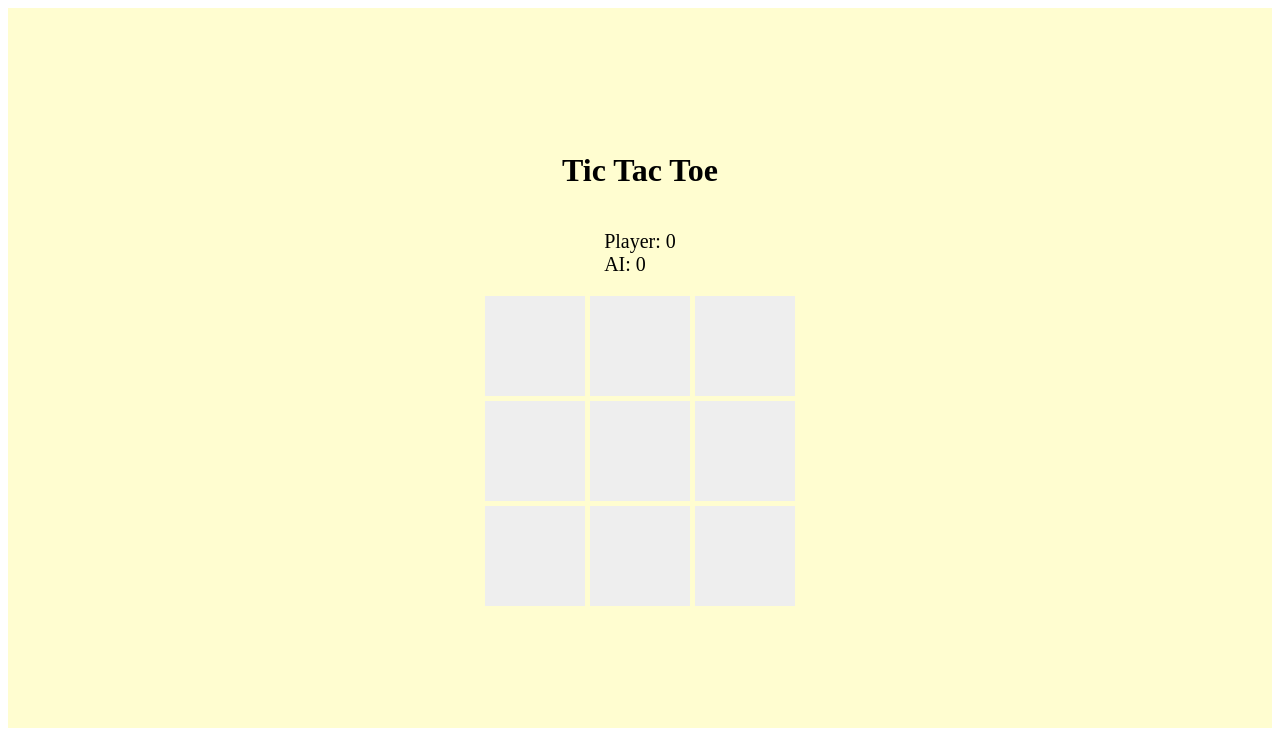
Repository: sidv121415/tic-tac-toe
Page: game.html
The author's editor kept a copy of each file at every save. The page is drawn from the files as they stood at one save, then again after the next save.
The browser window is 1280 px wide. The pictures show the whole page.

Above is the page before, as saved 2024-10-21 22:18:00.

After the next save:
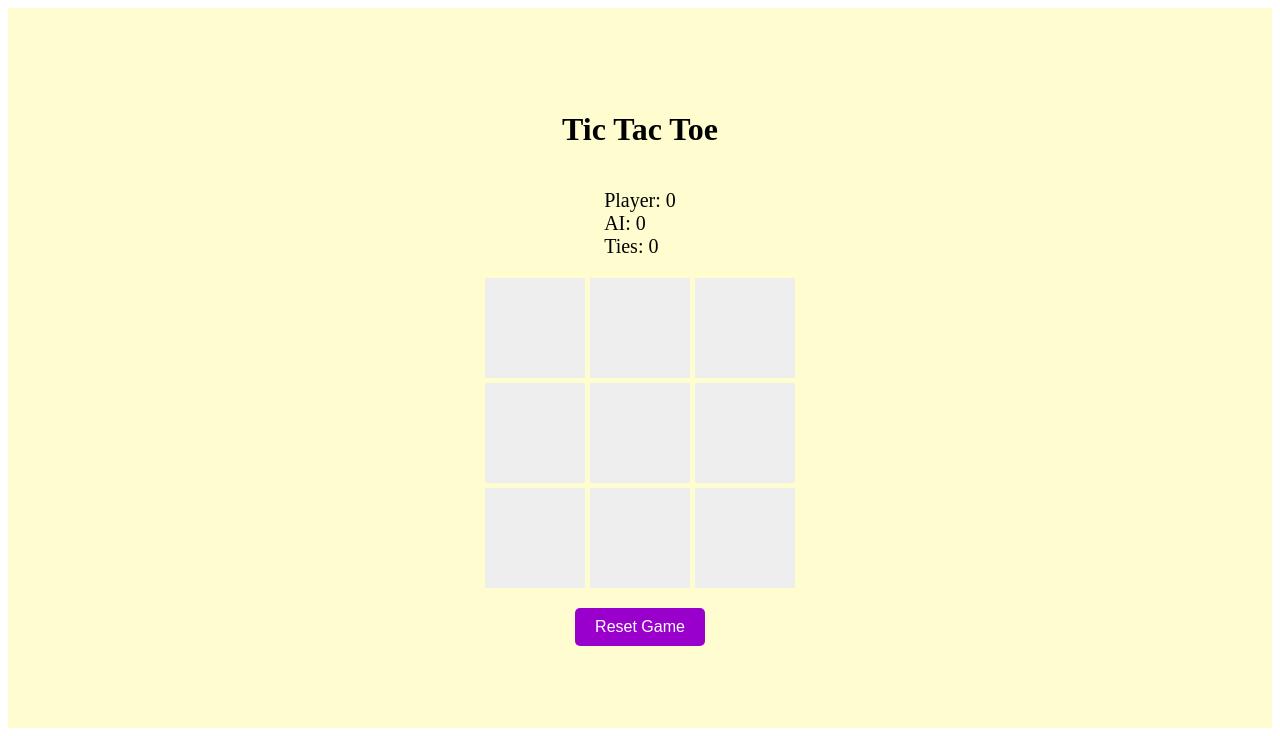
Saved 10 s later.
--- a/game.html
+++ b/game.html
@@ -5,7 +5,6 @@
     <meta name="viewport" content="width=device-width, initial-scale=1.0">
     <title>Tic Tac Toe Game</title>
     <style>
-        /* Add styles here as per your requirement for the game UI */
         .main-div {
             display: flex;
             flex-direction: column;
@@ -35,6 +34,19 @@
         .score {
             font-size: 20px;
         }
+        .reset-button {
+            margin-top: 20px;
+            padding: 10px 20px;
+            font-size: 16px;
+            background-color: #9900CC;
+            color: white;
+            border: none;
+            border-radius: 5px;
+            cursor: pointer;
+        }
+        .reset-button:hover {
+            background-color: #8800BB;
+        }
     </style>
 </head>
 <body>
@@ -43,6 +55,7 @@
         <div class="score-board">
             <div class="score">Player: <span id="player-score">0</span></div>
             <div class="score">AI: <span id="ai-score">0</span></div>
+            <div class="score">Ties: <span id="tie-score">0</span></div>
         </div>
         <div class="board" id="board">
             <div class="cell" onclick="makeMove(0)"></div>
@@ -55,6 +68,7 @@
             <div class="cell" onclick="makeMove(7)"></div>
             <div class="cell" onclick="makeMove(8)"></div>
         </div>
+        <button class="reset-button" onclick="resetGame()">Reset Game</button>
     </div>
     <script src="game.js"></script>
 </body>
